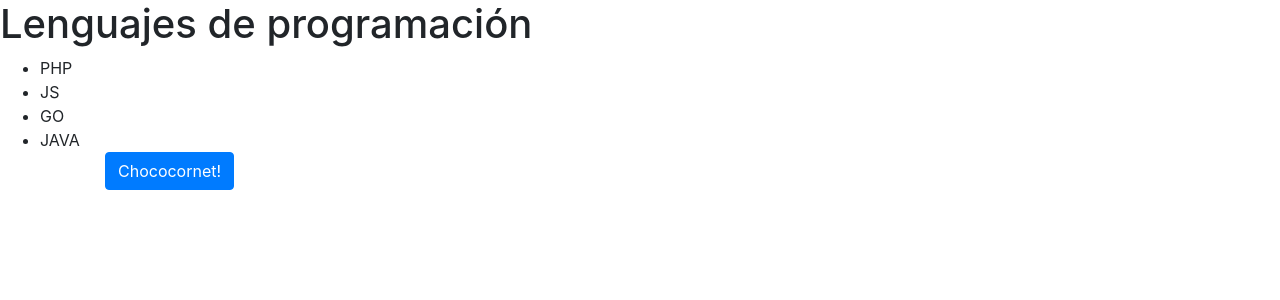
Repository: gitmadacode/practica_javascript
Page: Inicio/index.html
The author's editor kept a copy of each file at every save. The page is drawn from the files as they stood at one save, then again after the next save.
The browser window is 1280 px wide. The pictures show the whole page.

Above is the page before, as saved 2019-09-08 20:47:32.

After the next save:
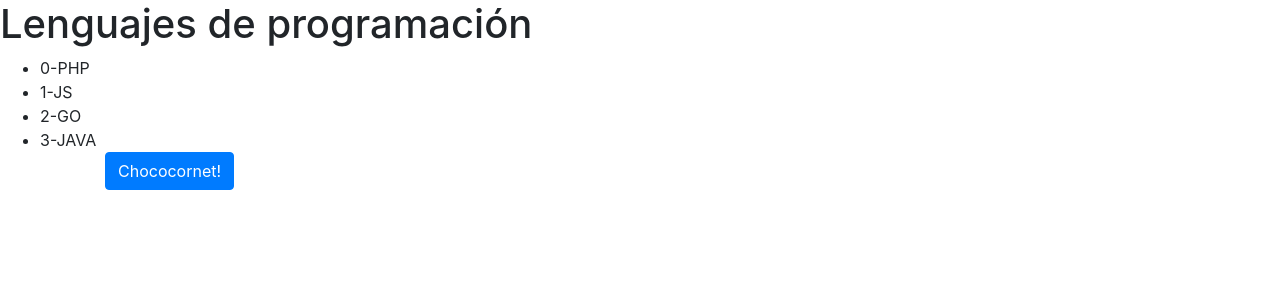
Saved 119 s later.
--- a/Inicio/js/arrays.js
+++ b/Inicio/js/arrays.js
@@ -24,6 +24,6 @@ for (var i = 0 ; i<lenguajes.length ; i++ ) {
 }
 document.write("</ul>");*/
 
-lenguajes.forEach((elemento,index,data) =>{
-    document.write("<li>"+elemento+"</li>");
+lenguajes.forEach((elemento,indice) =>{
+    document.write("<li>"+indice+"-"+elemento+"</li>");
 });
